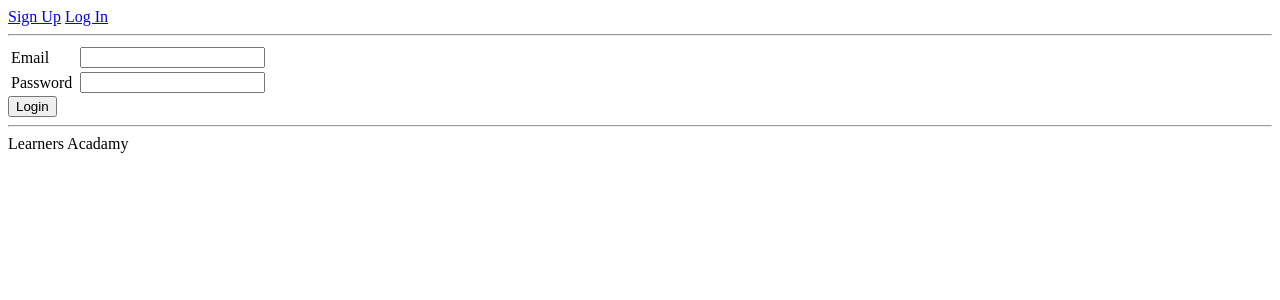
Repository: zshafi01/LearnerAcadamy
Page: http://localhost/LearnerAcadamy/login.jsp
The author's editor kept a copy of each file at every save. The page is drawn from the files as they stood at one save, then again after the next save.
The browser window is 1280 px wide. The pictures show the whole page.
The page is served by Tomcat 9. Other server files are loaded and not shown.

Above is the page before, as saved 2021-02-03 21:12:01.

### LearnerAcadamy/WebContent/login.jsp
<%@ page language="java" contentType="text/html; charset=ISO-8859-1"
    pageEncoding="ISO-8859-1"%>
<!DOCTYPE html>
<html>
<head>
<meta charset="ISO-8859-1">
<title>Insert title here</title>
</head>
<body>
<div class="container">


<div>
<%@ include file="header.jsp" %>
</div>

<div>
<form method="post" action="loginHandle">
<table>
<tr><td>Email<td><td><input type="email" name="email"><td></tr>
<tr><td>Password<td><td><input type="password" name="password"><td></tr>
</table>


<input type="submit" value="Login">
</form>
</div>

<div>
<%@ include file="footer.jsp" %>
</div>

</div>


</body>
</html>

### LearnerAcadamy/WebContent/header.jsp

<div>
<a href="user.jsp">Sign Up</a>  <a href="login.jsp">Log In</a>
<hr>
</div>

### LearnerAcadamy/WebContent/footer.jsp
<div>
<hr>
Learners Acadamy
</div>

After the next save:
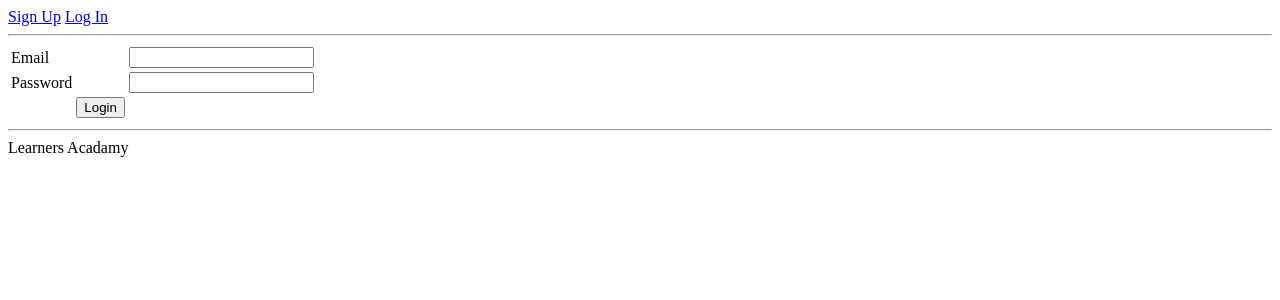
Saved 67 s later.
--- a/LearnerAcadamy/WebContent/login.jsp
+++ b/LearnerAcadamy/WebContent/login.jsp
@@ -19,10 +19,11 @@
 <table>
 <tr><td>Email<td><td><input type="email" name="email"><td></tr>
 <tr><td>Password<td><td><input type="password" name="password"><td></tr>
+<tr><td></td><td><input type="submit" value="Login"></td></tr>
 </table>
 
 
-<input type="submit" value="Login">
+
 </form>
 </div>
 
